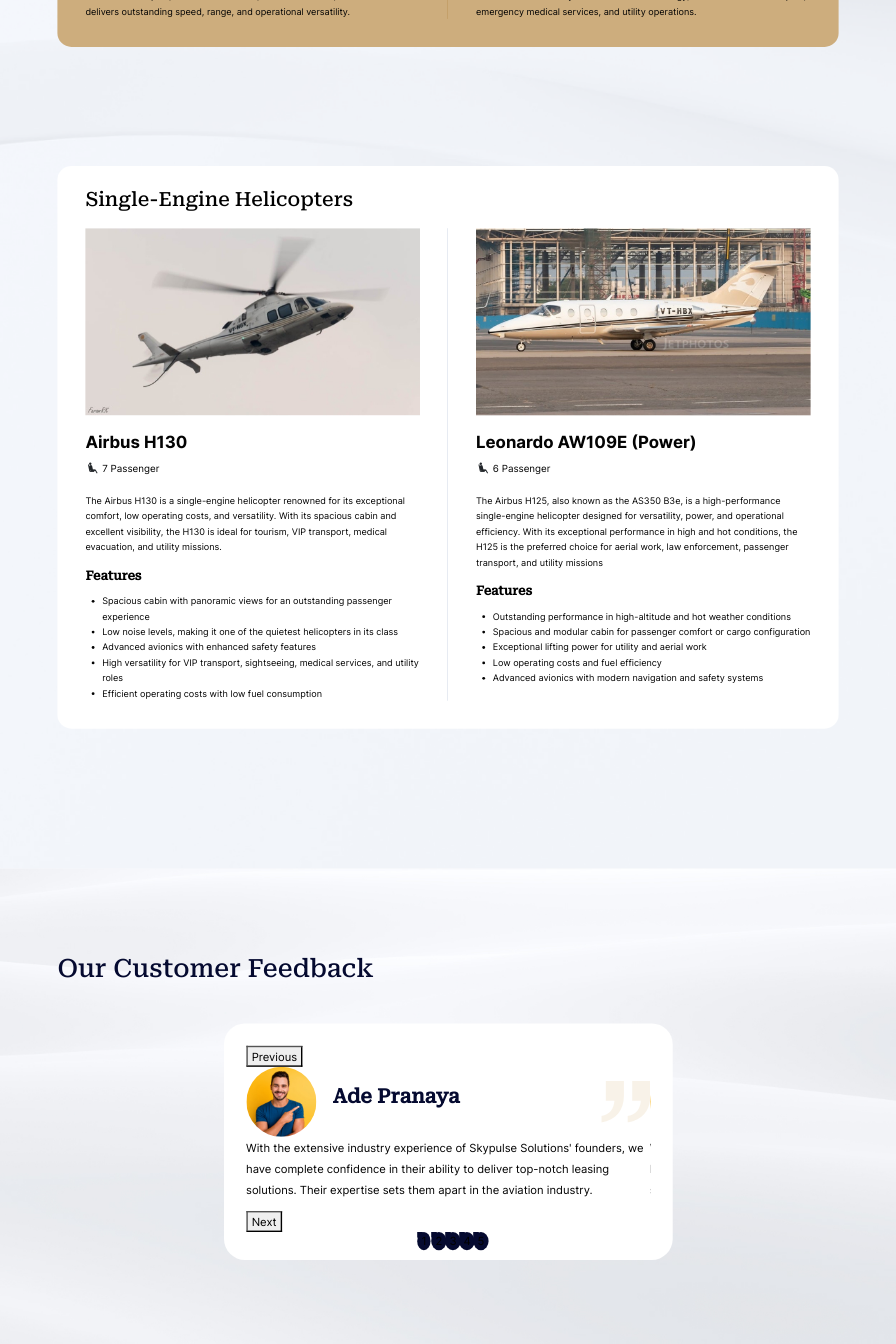
Repository: mangalravi/SkyPulse
Page: index.html
An editor plug-in stored every save of this project. The page is shown before and after a run of saves, followed by the edit.
The browser window is 1280 px wide. The pictures show the part of the page from y = 3980 to 5900 px (the page is 5900 px tall), at 70% of full size.

Above is the page before, as saved 2024-12-30 13:14:22.

After the next 2 saves:
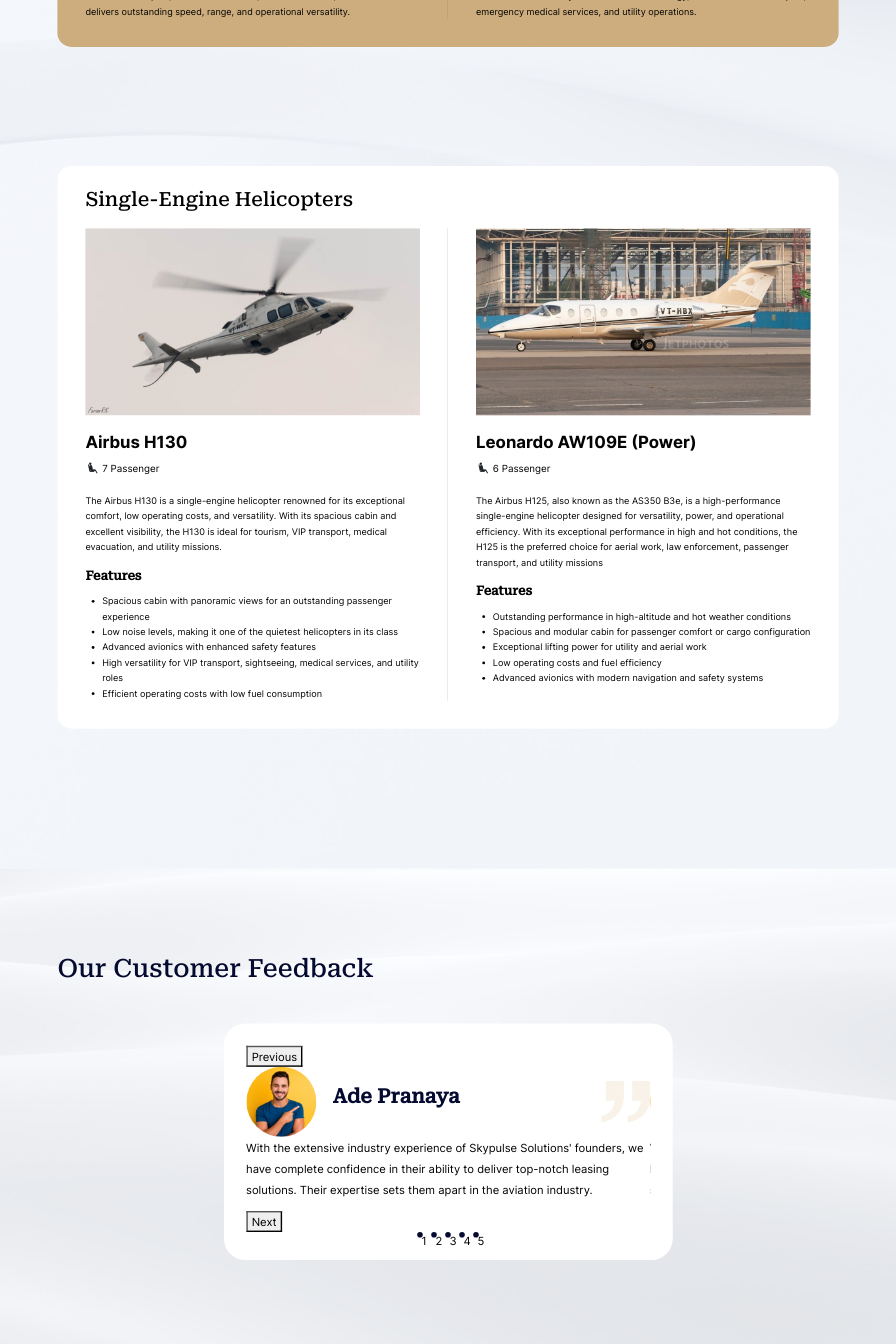
The 2 saves are shown as one change because they came seconds apart.
The last was saved 9 s later.
--- a/content/css/custom.css
+++ b/content/css/custom.css
@@ -263,9 +263,9 @@
  width:0.5rem;
   height:0.5rem;
   background:var(--bs-primary-color);
+  border-radius:50%;
 }
 .slick-slider .slick-dots li button{
   border:0;
-  background:var(--bs-primary-color);
-  border-radius:50%;
- }
+  background:transparent;
+ }
